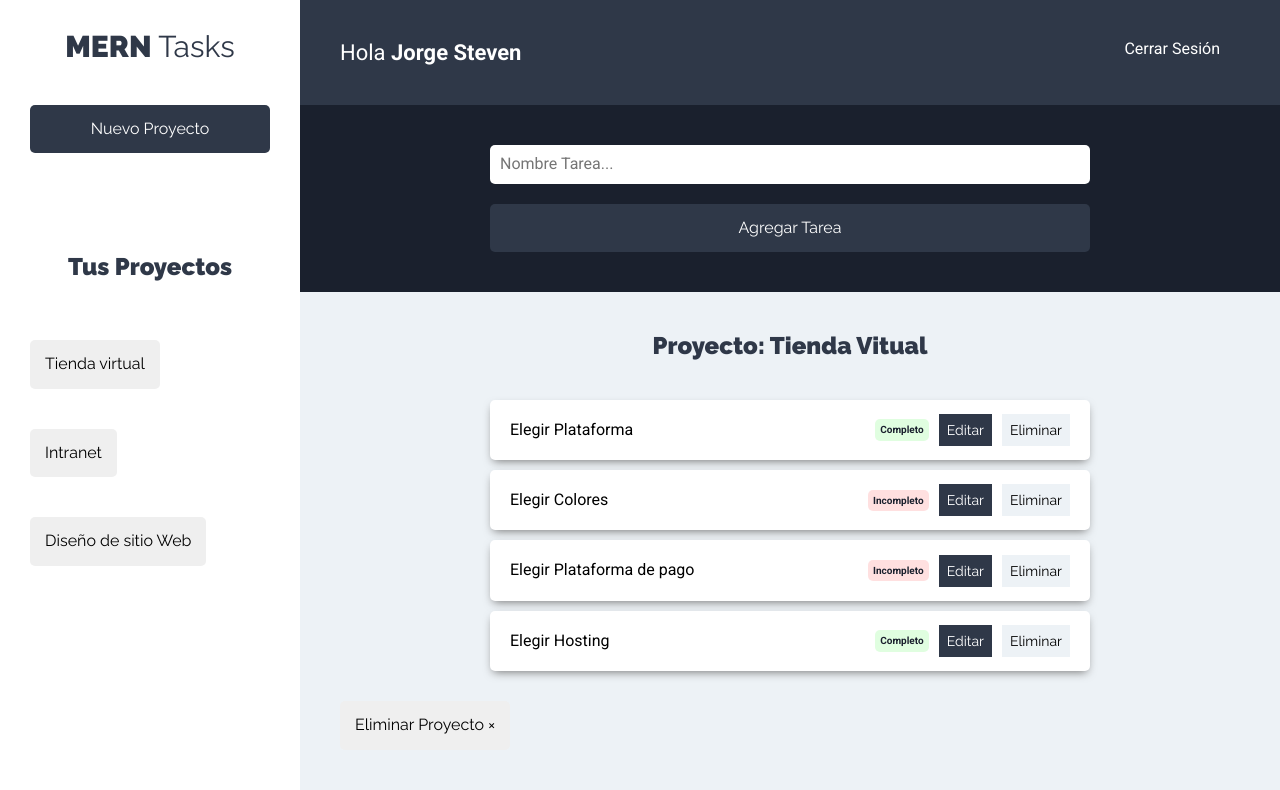
Repository: tive02/MERNTask-cliente
Page: /proyectos
An editor plug-in stored every save of this project. The page is shown before and after a run of saves, followed by the edit.
The browser window is 1280 px wide. The pictures show the whole page.
The project was rebuilt for these pictures with package versions that can differ from the ones it lists, and the page was loaded fresh each time. Also part of the build but not shown: src/components/auth/Login.js, src/components/auth/NuevaCuenta.js.

Above is the page before, as saved 2021-03-20 21:09:54.

### public/index.html
<!DOCTYPE html>
<html lang="en">
  <head>
    <meta charset="utf-8" />
    <link rel="icon" href="%PUBLIC_URL%/favicon.ico" />
    <meta name="viewport" content="width=device-width, initial-scale=1" />
    <meta name="theme-color" content="#000000" />
    <meta
      name="description"
      content="Web site created using create-react-app"
    />
    <link rel="apple-touch-icon" href="logo192.png" />

    <link rel="manifest" href="%PUBLIC_URL%/manifest.json" />
    <link
      rel="stylesheet"
      href="https://cdnjs.cloudflare.com/ajax/libs/normalize/8.0.1/normalize.min.css"
    />
    <link
      href="https://fonts.googleapis.com/css?family=Raleway:400,900|Roboto:300,400,700&display=swap"
      rel="stylesheet"
    />
    <title>MERNTasks</title>
  </head>
  <body>
    <noscript>You need to enable JavaScript to run this app.</noscript>
    <div id="root"></div>
  </body>
</html>

### src/index.css
:root {
  --blanco: #ffffff;
  --gris1: #edf2f6;
  --gris2: #2f3848;
  --gris3: #1a202d;
  --negro: #000000;
  --headingFont: "Raleway", sans-serif;
  --textFont: "Roboto", sans-serif;
}
*,
*:before,
*:after {
  box-sizing: inherit;
}
html {
  box-sizing: border-box;
  height: 100%;
  font-size: 62.5%;
}
body {
  min-height: 100%;
  background-color: var(--gris1);
  font-size: 16px;
  font-size: 1.6rem;
  font-family: var(--textFont);
}

h1,
h2 {
  font-family: var(--headingFont);
  font-weight: 900;
  margin: 0 0 4rem 0;
  text-align: center;
  color: var(--gris2);
}
h1 span {
  font-weight: 400;
}
h1 {
  font-size: 3rem;
}
h2 {
  font-size: 2.4rem;
}
ul {
  list-style: none;
  padding: 0;
  margin: 0;
}
a {
  text-decoration: none;
  color: var(--gris2);
}

/** BOTONES **/
.btn {
  margin-top: 2rem;
  font-family: var(--headingFont);
  padding: 1.5rem;
  font-size: 1.4;
  font-weight: 400;
  border-radius: 0.5rem;
  border: none;
  transition: background-color 0.3s ease;
}
.btn:hover {
  cursor: pointer;
}
.btn-primario {
  background-color: var(--gris2);
  color: var(--blanco);
}
.btn-primario:hover {
  background: var(--gris3);
}
.btn-secundario {
  background-color: var(--gris1);
}
.btn-block {
  display: block;
  width: 100%;
}
.btn-submit:hover {
  background-color: var(--gris2);
}
.btn-blank {
  margin: 0;
  padding: 0;
  display: block;
  background-color: transparent;
}

@media (min-width: 768px) {
  .contenedor-app {
    display: flex;
    min-height: 100vh;
  }

  aside {
    background-color: var(--blanco);
    flex: 0 0 300px;
  }
  .seccion-principal {
    flex: 1;
  }
}

/* BARRA LATERAL */
aside {
  padding: 3rem;
}

.formulario-nuevo-proyecto {
  margin-top: 6rem;
}
.formulario-nuevo-proyecto .input-text {
  border-bottom: 1px solid var(--gris2);
  border-radius: 0;
  background-color: var(--gris1);
}
.formulario-nuevo-proyecto .input-text::placeholder {
  color: var(--gris2);
}
.proyectos {
  margin-top: 10rem;
}
.listado-proyectos li {
  margin-bottom: 2rem;
}
.listado-proyectos li a {
  font-size: 1.4rem;
  color: var(--gris2);
  line-height: 1.5;
  font-weight: 300;
}
.app-header {
  display: flex;
  justify-content: space-between;
  background-color: var(--gris2);
  padding: 4rem;
}
.nombre-usuario {
  color: var(--blanco);
  font-size: 2.2rem;
  margin: 0;
}
.nombre-usuario span {
  font-weight: 900;
}
.nav-principal a {
  color: var(--blanco);
  text-decoration: none;
}
.nav-principal a:first-of-type {
  margin-right: 2rem;
}

/** Formulario crear y editar tareas **/
.formulario {
  background-color: var(--gris3);
  padding: 4rem;
}
.formulario form {
  max-width: 600px;
  margin: 0 auto;
}
.contenedor-input {
  display: flex;
}
.contenedor-input label {
  margin-bottom: 1rem;
  color: var(--blanco);
}
.input-text {
  padding: 1rem;
  border: none;
  border-radius: 0.5rem;
  flex: 1;
  width: 100%;
}

/** TAREAS LISTADO **/
.contenedor-tareas {
  padding: 4rem;
}

.listado-tareas {
  max-width: 600px;
  margin: 0 auto;
}

.tarea {
  display: flex;
  justify-content: space-between;
  background-color: var(--blanco);
  padding: 0.5rem 2rem;
  align-items: center;
  margin-bottom: 1rem;
  border-radius: 0.5rem;
}
.sombra {
  -webkit-box-shadow: 0px 4px 10px -3px rgba(117, 117, 117, 1);
  -moz-box-shadow: 0px 4px 10px -3px rgba(117, 117, 117, 1);
  box-shadow: 0px 4px 10px -3px rgba(117, 117, 117, 1);
}
.sombra-dark {
  -webkit-box-shadow: 0px 6px 11px -8px rgba(0, 0, 0, 0.9);
  -moz-box-shadow: 0px 6px 11px -8px rgba(0, 0, 0, 0.9);
  box-shadow: 0px 6px 11px -8px rgba(0, 0, 0, 0.9);
}
.tarea .acciones .btn:first-of-type {
  margin-right: 1rem;
}
.tarea p {
  font-size: 1.6rem;
  flex: 1;
  padding-right: 2rem;
}
.tarea .btn {
  padding: 0.8rem;
  font-size: 1.4rem;
  border-radius: 0;
  margin: 0;
}

.estado {
  margin-right: 1rem;
}
.estado button,
.mensaje {
  font-weight: 900;
  font-family: var(--textFont);
  font-size: 1rem;
  padding: 0.5rem;
  border-radius: 0.5rem;
  cursor: pointer;
  border: none;
}
.mensaje {
  text-align: center;
  font-size: 1.6rem;
  border-radius: 0;
}
.mensaje:hover {
  cursor: default;
}
.completo,
.correcto {
  background-color: rgba(154, 252, 154, 0.3);
  color: var(--gris3);
}
.incompleto {
  background-color: rgba(255, 178, 178, 0.4);
  color: var(--gris3);
}
.error {
  max-width: 600px;
  margin: 2rem auto 0 auto;
  background-color: rgb(170, 0, 0);
  color: var(--blanco);
}

.tarea-enter,
.proyecto-enter {
  opacity: 0;
}
.tarea-enter-active,
.proyecto-enter-active {
  opacity: 1;
  transition: opacity 200ms;
}
.tarea-exit,
.proyecto-exit {
  opacity: 1;
}
.tarea-exit-active,
.proyecto-exit-active {
  opacity: 0;
  transition: opacity 200ms;
}

.form-usuario {
  background-color: var(--gris2);
  height: 100vh;
  min-height: 800px;
  display: flex;
  align-items: center;
  justify-content: center;
}

.contenedor-form {
  padding: 5rem 3rem;
  max-width: 500px;
  width: 95%;
  background-color: var(--blanco);
  border-radius: 1rem;
}

.campo-form {
  display: flex;
  margin-bottom: 2rem;
  align-items: center;
}
.campo-form:last-of-type {
  margin: 0;
}
.campo-form label {
  flex: 0 0 100px;
  font-family: var(--textFont);
}
.campo-form input[type="password"],
.campo-form input[type="email"],
.campo-form input[type="text"] {
  border: 1px solid #e1e1e1;
  padding: 1rem;
  flex: 1;
}

.enlace-cuenta {
  margin-top: 2rem;
  display: block;
  opacity: 0.7;
}

### src/App.js
import React from "react";
import { BrowserRouter as Router, Switch, Route } from "react-router-dom";
import Login from "./components/auth/Login";
import NuevaCuenta from "./components/auth/NuevaCuenta";
import Proyectos from "./components/proyectos/Proyectos";
import ProyectoState from "./context/proyectos/proyectoState";

function App() {
  return (
    <ProyectoState>
      <Router>
        <Switch>
          <Route exact path="/" component={Login} />
          <Route exact path="/nueva-cuenta" component={NuevaCuenta} />
          <Route exact path="/proyectos" component={Proyectos} />
        </Switch>
      </Router>
    </ProyectoState>
  );
}

export default App;

### src/components/proyectos/Proyectos.js
import React from "react";
import Barra from "../layout/Barra";
import Sidebar from "../layout/Sidebar";
import FormTarea from "../tareas/FormTarea";
import ListadoTarea from "../tareas/ListadoTarea";
const Proyectos = () => {
  return (
    <div className="contenedor-app">
      <Sidebar />

      <div className="seccion-principal">
        <Barra />
        <main>
          <FormTarea />
          <div className="contenedor-tareas">
            <ListadoTarea />
          </div>
        </main>
      </div>
    </div>
  );
};

export default Proyectos;

### src/context/proyectos/proyectoState.js
import React, { useReducer } from "react";
import { v4 as uuidv4 } from "uuid";
import {
  FORMULARIO_PROYECTO,
  OBTENER_PROYECTOS,
  AGREGAR_PROYECTOS,
  VALIDAR_FORMULARIO,
  PROYECTO_ACTUAL,
} from "../../types/Index";
import proyectoContext from "./proyectoContext";
import proyectoReducer from "./proyectoReducer";

const ProyectoState = (props) => {
  const proyectos = [
    { id: 1, nombre: "Tienda virtual" },
    { id: 2, nombre: "Intranet" },
    { id: 3, nombre: "Diseño de sitio Web" },
  ];
  const initialState = {
    proyectos: [],
    formulario: false,
    errorformulario: false,
    proyecto: null,
  };
  //Dispatch para ejecutar acciones
  const [state, dispatch] = useReducer(proyectoReducer, initialState);

  //Serie de Funciones para el CRUD
  const mostrarFormulario = () => {
    dispatch({
      type: FORMULARIO_PROYECTO,
    });
  };

  //OBtener los Proyectos
  const obtenerProyectos = () => {
    dispatch({
      type: OBTENER_PROYECTOS,
      payload: proyectos,
    });
  };
  //Agregar Nuevo Proyecto
  const agregarProyecto = (proyecto) => {
    proyecto.id = uuidv4();
    //Insertar el proyecto en el state
    dispatch({
      type: AGREGAR_PROYECTOS,
      payload: proyecto,
    });
  };

  //VALIDAR EL FORMULARIO
  const mostrarError = () => {
    dispatch({
      type: VALIDAR_FORMULARIO,
    });
  };

  //Selecciona el PRoyecto que el usuario dio click
  const proyectoActual = (proyectoId) => {
    dispatch({
      type: PROYECTO_ACTUAL,
      payload: proyectoId,
    });
  };
  return (
    <proyectoContext.Provider
      value={{
        proyectos: state.proyectos,
        formulario: state.formulario,
        errorformulario: state.errorformulario,
        proyecto: state.proyecto,
        mostrarFormulario,
        obtenerProyectos,
        agregarProyecto,
        mostrarError,
        proyectoActual,
      }}>
      {props.children}
    </proyectoContext.Provider>
  );
};

export default ProyectoState;

### src/components/layout/Barra.js
import React from "react";
const Barra = () => {
  return (
    <header className="app-header">
      <p className="nombre-usuario">
        Hola <span>Jorge Steven</span>
      </p>
      <nav className="nav-principal">
        <a href="#!">Cerrar Sesión</a>
      </nav>
    </header>
  );
};

export default Barra;

### src/components/layout/Sidebar.js
import React from "react";
import ListadoProyectos from "../proyectos/ListadoProyectos";
import NuevoProyecto from "../proyectos/NuevoProyecto";

const Sidebar = () => {
  return (
    <aside>
      <h1>
        MERN <span>Tasks</span>
      </h1>
      <NuevoProyecto />
      <div className="proyectos">
        <h2>Tus Proyectos</h2>
        <ListadoProyectos />
      </div>
    </aside>
  );
};

export default Sidebar;

### src/components/tareas/FormTarea.js
import React from "react";

const FormTarea = () => {
  return (
    <div className="formulario">
      <form>
        <div className="contenedor-input">
          <input
            type="text"
            className="input-text"
            placeholder="Nombre Tarea..."
            name="nombre"
          />
        </div>
        <div className="contenedor-input">
          <input
            type="submit"
            className="btn btn-primario btn-block btn-submit"
            value="Agregar Tarea"
          />
        </div>
      </form>
    </div>
  );
};

export default FormTarea;

### src/components/tareas/ListadoTarea.js
import React, { Fragment, useContext } from "react";
import proyectoContext from "../../context/proyectos/proyectoContext";
import Tarea from "./Tarea";

const ListadoTarea = () => {
  //Extraer Proyectos del state inicial
  const proyectosContext = useContext(proyectoContext);
  const { proyecto } = proyectosContext;
  const tareasProyecto = [
    { nombre: "Elegir Plataforma", estado: true },
    { nombre: "Elegir Colores", estado: false },
    { nombre: "Elegir Plataforma de pago", estado: false },
    { nombre: "Elegir Hosting", estado: true },
  ];

  return (
    <Fragment>
      <h2> Proyecto: Tienda Vitual</h2>
      <ul className="listado-tareas">
        {tareasProyecto.length === 0 ? (
          <li className="tarea">
            <p>No hay Tareas</p>
          </li>
        ) : (
          tareasProyecto.map((tarea) => <Tarea tarea={tarea} />)
        )}
      </ul>
      <button type="button" className="btn btn-eliminar">
        Eliminar Proyecto &times;
      </button>
    </Fragment>
  );
};

export default ListadoTarea;

### src/types/Index.js
export const FORMULARIO_PROYECTO = "FORMULARIO_PROYECTO";
export const OBTENER_PROYECTOS = "OBTENER_PROYECTOS";
export const AGREGAR_PROYECTOS = "AGREGAR_PROYECTOS";
export const VALIDAR_FORMULARIO = "VALIDAR_FORMULARIO";
export const PROYECTO_ACTUAL = "PROYECTO_ACTUAL";

### src/context/proyectos/proyectoContext.js
import React, { createContext } from "react";

const proyectoContext = createContext();

export default proyectoContext;

### src/context/proyectos/proyectoReducer.js
import {
  FORMULARIO_PROYECTO,
  OBTENER_PROYECTOS,
  AGREGAR_PROYECTOS,
  VALIDAR_FORMULARIO,
  PROYECTO_ACTUAL,
} from "../../types/Index";

export default (state, action) => {
  switch (action.type) {
    case FORMULARIO_PROYECTO:
      return {
        ...state,
        formulario: true,
      };

    case OBTENER_PROYECTOS:
      return {
        ...state,
        proyectos: action.payload,
      };
    case AGREGAR_PROYECTOS:
      return {
        ...state,
        proyectos: [...state.proyectos, action.payload],
        formulario: false,
        errorformulario: false,
      };
    case VALIDAR_FORMULARIO:
      return {
        ...state,
        errorformulario: true,
      };
    case PROYECTO_ACTUAL:
      return {
        ...state,
        proyecto: state.proyectos.filter(
          (proyecto) => proyecto.id === action.payload
        ),
      };
    default:
      return state;
  }
};

### src/components/proyectos/ListadoProyectos.js
import React, { useContext, useEffect } from "react";
import proyectoContext from "../../context/proyectos/proyectoContext";
import Proyecto from "./Proyecto";

const ListadoProyectos = () => {
  //Extraer proyectos de State inicial
  const proyectosContext = useContext(proyectoContext);
  const { proyectos, obtenerProyectos } = proyectosContext;

  useEffect(() => {
    obtenerProyectos();
  }, []);
  //Revisar si proyectos tiene contenido
  if (proyectos.length === 0) return null;

  return (
    <ul className="listado-proyectos">
      {proyectos.map((proyecto) => (
        <Proyecto key={proyecto.id} proyecto={proyecto} />
      ))}
    </ul>
  );
};

export default ListadoProyectos;

### src/components/proyectos/NuevoProyecto.js
import React, { Fragment, useContext, useState } from "react";
import proyectoContext from "../../context/proyectos/proyectoContext";

const NuevoProyecto = () => {
  //Obtener el state del formulario
  const proyectosContext = useContext(proyectoContext);

  const {
    formulario,
    errorformulario,
    mostrarFormulario,
    agregarProyecto,
    mostrarError,
  } = proyectosContext;

  //State para el proyecto
  const [proyecto, guardarProyecto] = useState({
    nombre: "",
  });

  // Extraer nombre del proyecto
  const { nombre } = proyecto;

  //Lee el contenido del input
  const onChangeProyecto = (e) => {
    guardarProyecto({
      ...proyecto,
      [e.target.name]: e.target.value,
    });
  };
  //cuando el usuario envia el proyecto
  const onSubmitProyecto = (e) => {
    e.preventDefault();
    //Validar el proyecto
    if (nombre === "") {
      mostrarError();
      return;
    }
    //Agregar al State
    agregarProyecto(proyecto);

    //Reiniciar el form
    guardarProyecto({
      nombre: "",
    });
  };

  //MOSTRAR EL FORMULARIO
  const onClickFormulario = () => {
    mostrarFormulario();
  };
  return (
    <Fragment>
      <button
        className="btn btn-block btn-primario"
        type="button"
        onClick={onClickFormulario}>
        Nuevo Proyecto
      </button>
      {formulario ? (
        <form className="formulario-nuevo-proyecto" onSubmit={onSubmitProyecto}>
          <input
            type="text"
            className="input-text"
            placeholder="Nombre Proyecto"
            name="nombre"
            onChange={onChangeProyecto}
            value={nombre}
          />
          <input
            type="submit"
            className="btn btn-block btn-primario"
            value="Agregar Proyecto"
          />
        </form>
      ) : null}
      {errorformulario ? (
        <p className="mensaje error">El Nombre del Proyecto es Obligatorio</p>
      ) : null}
    </Fragment>
  );
};

export default NuevoProyecto;

### src/components/tareas/Tarea.js
import React from "react";

const Tarea = ({ tarea }) => {
  return (
    <li className="tarea sombra">
      <p>{tarea.nombre}</p>
      <div className="estado">
        {tarea.estado ? (
          <button type="button" className="completo">
            Completo
          </button>
        ) : (
          <button type="button" className="incompleto">
            Incompleto
          </button>
        )}
      </div>
      <div className="acciones">
        <button type="button" className="btn btn-primario">
          Editar
        </button>
        <button type="button" className="btn btn-secundario">
          Eliminar
        </button>
      </div>
    </li>
  );
};

export default Tarea;

### src/components/proyectos/Proyecto.js
import React, { useContext } from "react";
import proyectoContext from "../../context/proyectos/proyectoContext";

const Proyecto = ({ proyecto }) => {
  //Obtener el State Del proyecto
  const proyectosContext = useContext(proyectoContext);
  const { proyectoActual } = proyectosContext;

  return (
    <li>
      <button
        type="button"
        className="btn btn-black"
        onClick={() => proyectoActual(proyecto.id)}>
        {proyecto.nombre}
      </button>
    </li>
  );
};

export default Proyecto;

Loaded but not shown: src/index.js (common file); src/reportWebVitals.js (common file)

After the next 3 saves:
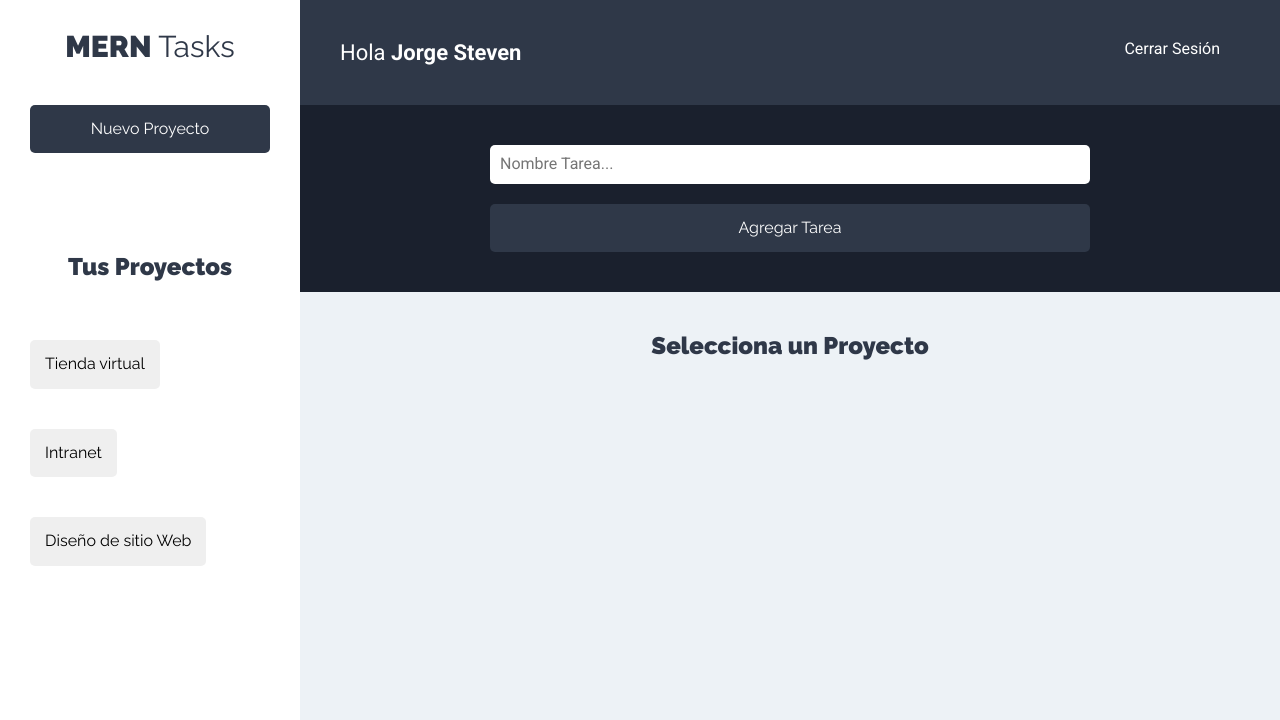
The 3 saves are shown as one change because 2 did not build or start.
The last was saved 6 min 18 s later.
--- a/src/components/tareas/ListadoTarea.js
+++ b/src/components/tareas/ListadoTarea.js
@@ -6,6 +6,11 @@ const ListadoTarea = () => {
   //Extraer Proyectos del state inicial
   const proyectosContext = useContext(proyectoContext);
   const { proyecto } = proyectosContext;
+  //Si no hay un proyecto seleccionado
+  if (!proyecto) return <h2>Selecciona un Proyecto</h2>;
+
+  //Array detructuring para extraer el proyecto actual
+  const [proyectoActual] = proyecto;
   const tareasProyecto = [
     { nombre: "Elegir Plataforma", estado: true },
     { nombre: "Elegir Colores", estado: false },
@@ -15,7 +20,7 @@ const ListadoTarea = () => {
 
   return (
     <Fragment>
-      <h2> Proyecto: Tienda Vitual</h2>
+      <h2> Proyecto: {proyectoActual.nombre}</h2>
       <ul className="listado-tareas">
         {tareasProyecto.length === 0 ? (
           <li className="tarea">
